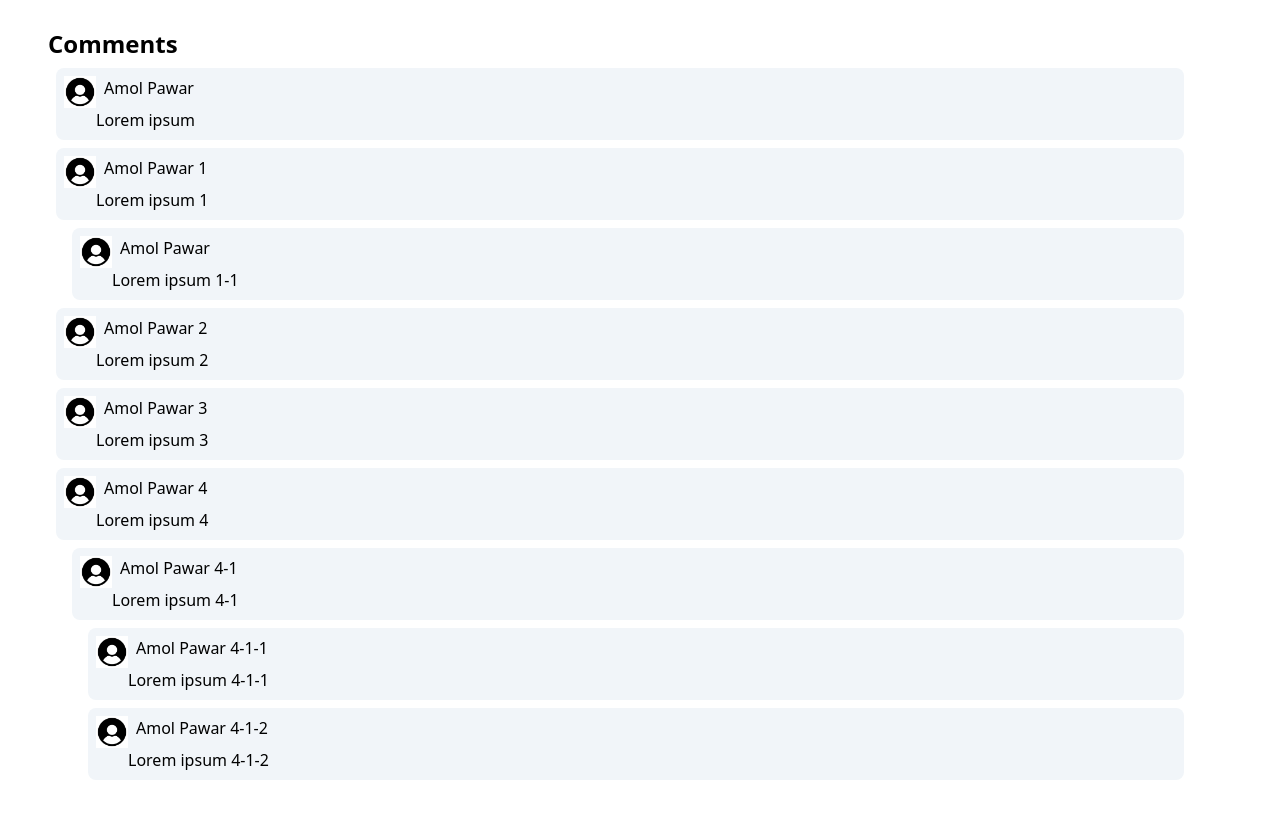
Repository: AmolPawar7181/namaste-youtube
Page: /watch
The author's editor kept a copy of each file at every save. The page is drawn from the files as they stood at one save, then again after the next save.
The browser window is 1280 px wide. The pictures show the part of the page from y = 574 to 1472 px (the page is 1390 px tall before and 1472 px after).
The project was rebuilt for these pictures with package versions that can differ from the ones it lists, and the page was loaded fresh each time. Also part of the build but not shown: vite.config.ts, src/components/Button.tsx, src/components/ButtonList.tsx, src/components/VideoCard.tsx, src/components/VideoContainer.tsx, src/components/MainContainer.tsx.

Above is the page before, as saved 2023-03-27 16:30:24.

After the next save:
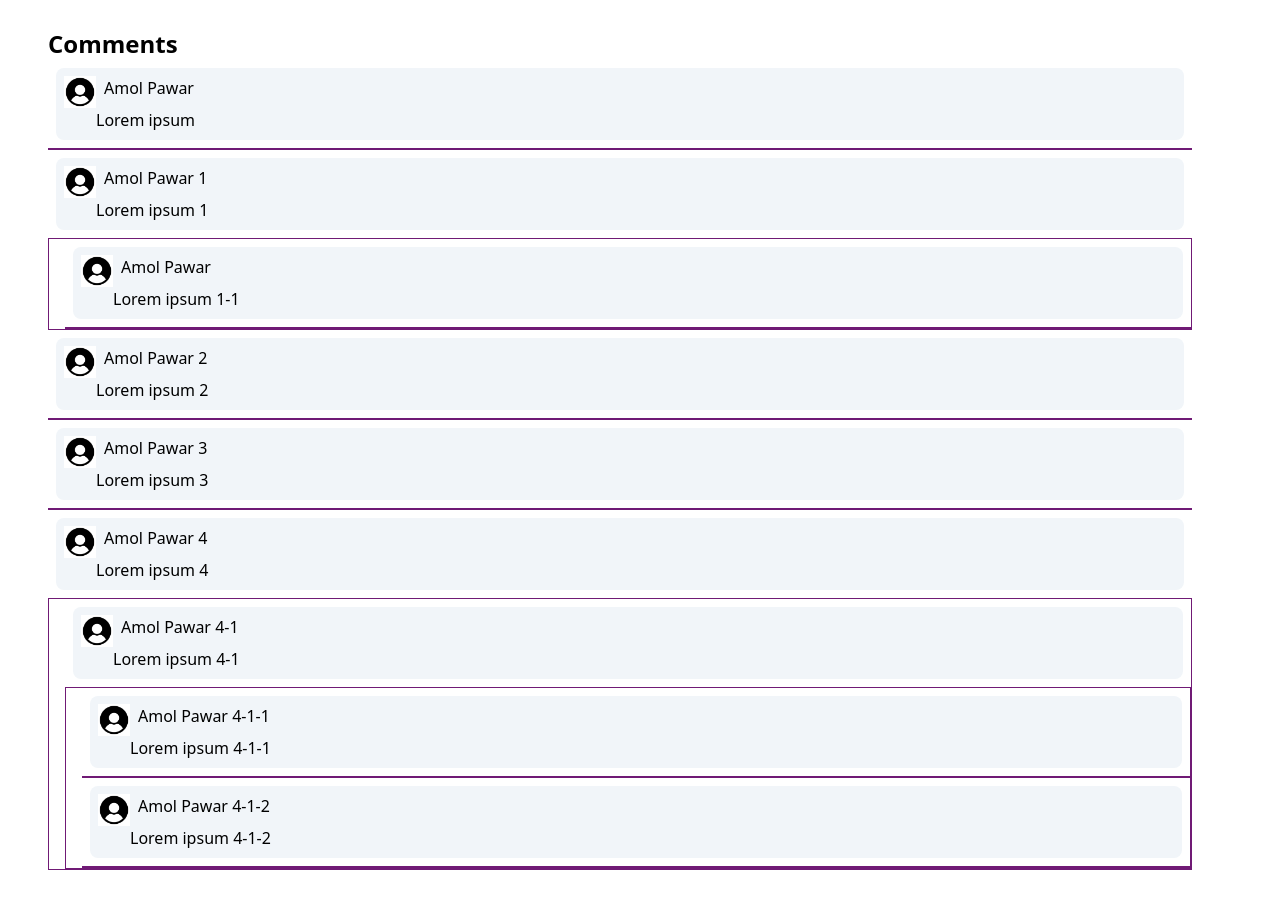
Saved 41 s later.
--- a/src/components/CommentList.tsx
+++ b/src/components/CommentList.tsx
@@ -6,7 +6,7 @@
 			{comments.map((comment: any, index: number) => (
 				<div key={index}>
 					<Comment data={comment} />
-					<div className='pl-4'>
+					<div className='pl-4 border border-l border-fuchsia-900'>
 						<CommentList comments={comment.replies} />
 					</div>
 				</div>
